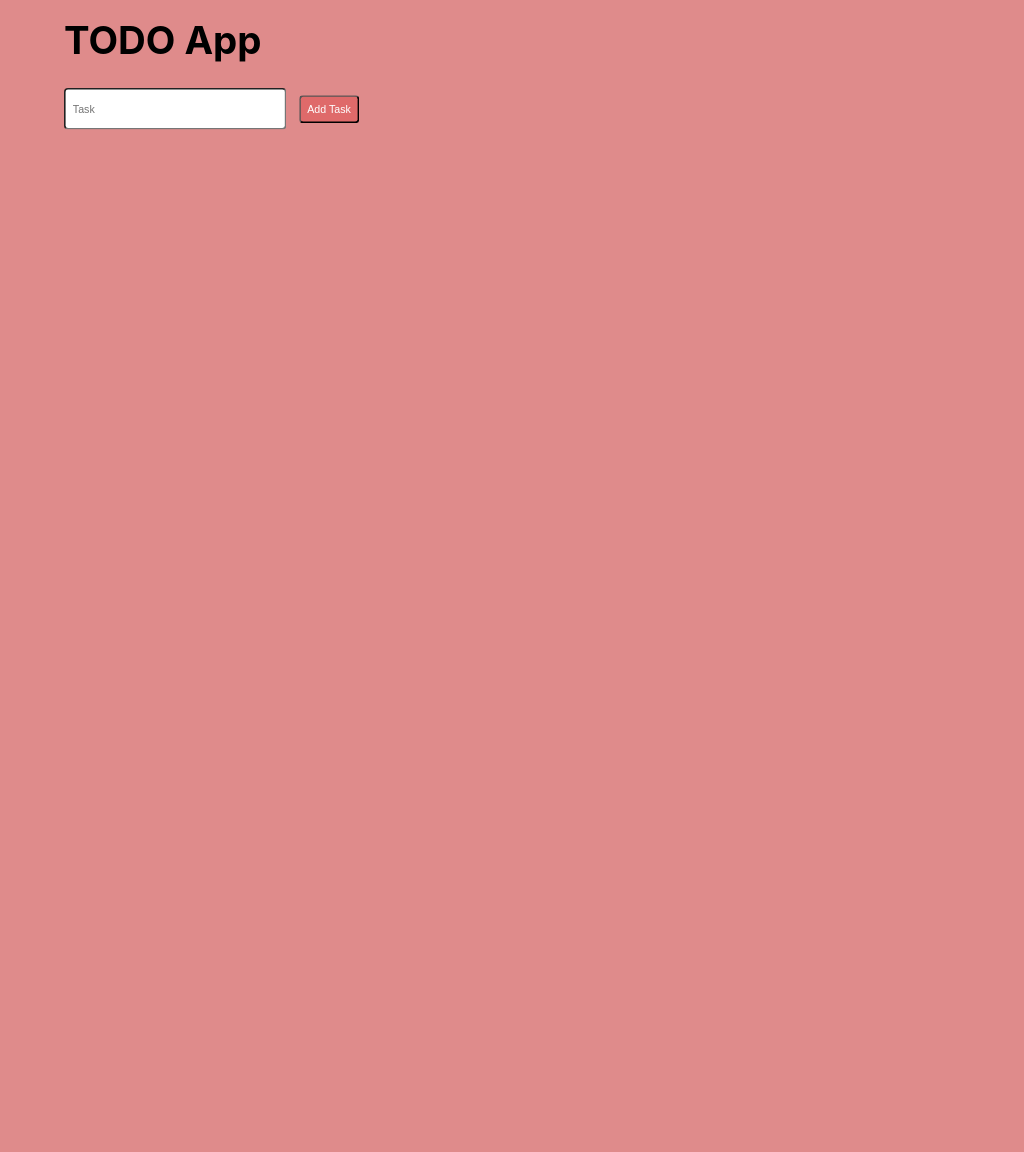
Repository: BhanuKaukuntla/TodoApp
Page: /
An editor plug-in stored every save of this project. The page is shown before and after a run of saves, followed by the edit.
The browser window is 1280 px wide. The pictures show the whole page, at 80% of full size.
The project was rebuilt for these pictures with package versions that can differ from the ones it lists, and the page was loaded fresh each time. Also part of the build but not shown: src/components/TodoItem/TodoItem.js.

Above is the page before, as saved 2021-12-04 09:56:32.

### src/index.js
import React from "react";
import ReactDOM from "react-dom";
import "./index.css";
import App from "./App";
import { Provider } from "react-redux";
import store from "./store";
import { PersistGate } from "redux-persist/integration/react";
import { persistor } from "./store";

ReactDOM.render(
  <React.StrictMode>
    <Provider store={store}>
      <PersistGate persistor={persistor}>
        <App />
      </PersistGate>
    </Provider>
  </React.StrictMode>,
  document.getElementById("root")
);

### src/index.css
*{
  margin: 0;
  padding: 0;
  /* font-family: "montserrat",sans-serif; */
  /* box-sizing: border-box; */
}

body {
  margin: 0;
  font-family: -apple-system, BlinkMacSystemFont, "Segoe UI", "Roboto", "Oxygen",
    "Ubuntu", "Cantarell", "Fira Sans", "Droid Sans", "Helvetica Neue",
    sans-serif;
  -webkit-font-smoothing: antialiased;
  -moz-osx-font-smoothing: grayscale;
}

/* code {
  font-family: source-code-pro, Menlo, Monaco, Consolas, "Courier New",
    monospace;
} */
.App {
  /* text-align: center; */
  height: 200vh;
  /* max-height: 100%; */
  /* background-color: #e77a7a; */
  background-color: #df8b8b;
  margin-top: 0%;
  /* position: fixed; */
  width: 100%;
}

.title{
  padding-top: 20px;
  margin-left: 5rem;
  font-size: xxx-large;
}

.todoInput{
  margin-top: 1rem;
  margin-left: 5rem;
  font-size: x-large;
  margin-bottom: 1rem;
  /* width: 5rem; */
}

.form{
  border-radius: 10px;
  font-size: large;
  padding: 15px;
  /* width: 9rem; */
  padding-left: 0;
}

.input{
  border-radius: 5px;
  /* font-size: large; */
  padding: 9px;
  width: 16rem;
  height: 1.9rem;
}

.inputButton{
  margin-left: 1rem;
  padding: 8px;
  border-radius: 5px;
  color: white;
  background-color: #df6a6a;
}

.todoList{
  /* align-items: center; */
  justify-content: space-between;
  display: flex;
  flex-direction: column;
  margin-bottom: 3rem;
}

.todoItem{
  /* padding: 5px;
  background-color: white;
  opacity: 0.8; */
  margin-right: 2rem;
  margin-left: 5rem;
  font-size: x-large;
  display: flex;
  align-items: center;
  justify-content: space-between;
  /* max-width: 20rem; */
  background-color: #ffffff;
  opacity: 0.5;
  margin-top: 1rem;
  border-radius: 5px;
  max-height: 3.4rem;
  /* max-width: 22.5rem; */
  padding: 2px;
  width: 21rem;
  height: 2.9rem;
  color: rgb(0, 0, 0);
  padding-left: 20px;
  font-weight: bold;
}

.editButton{
  /* margin-left: 1rem; */
  /* margin-right: 1px; */
  /* display: none; */
  /* border-radius: 1px; */
  display: inline-block;
  margin-left: auto;
  margin-right: 1rem;
  background-color: white;

}

.editTodo{
  /* align-items: center;
  margin-left: 1rem;
  margin-bottom: 0.5rem;
  margin-right: .5rem;
  padding: 3px; */
  padding: 9px;
  margin-left: 4rem;
  margin-right: auto;
}

.formItem{
  width: 10rem;
  padding: 11px;
  background-color: #fcd7d7;
}

.deleteButton{
  /* margin-left: 1rem; */
  margin-right: 8px;
  /* border-radius: 1px; */
  /* background-color: white;
  color: black; */
}

.icons{
  /* display: flex; */
  /* margin-left: 1rem; */
  /* justify-content: space-between; */
  display: flex-end;
}

### src/App.js
import AddTodo from "./components/AddTodo/AddTodo";
import TodoList from "./components/TodoList/TodoList";
import { useSelector } from "react-redux";
function App() {
  const taskobj = useSelector((state) => state.todos.data);
  return (
    <div className='App'>
      <h1 className="title">TODO App</h1>
      <AddTodo />
      <TodoList />
    </div>
  );
}

export default App;

### src/store.js
import { createStore } from "redux";
import rootReducer from "./reducers";
import { persistStore, persistReducer } from "redux-persist";
import storage from "redux-persist/lib/storage";

const persistConfig = {
  key: "root",
  storage,
};

const persistedReducer = persistReducer(persistConfig, rootReducer);

const store = createStore(
  persistedReducer,
  window.__REDUX_DEVTOOLS_EXTENSION__ && window.__REDUX_DEVTOOLS_EXTENSION__()
);

export const persistor = persistStore(store);

export default store;

### src/components/AddTodo/AddTodo.js
import React, { useState } from "react";
import { useDispatch } from "react-redux";
import { addTodo } from "../../actions";
import cuid from "cuid";

const AddTodo = () => {
  const [tasks, setTasks] = useState("");
  const dispatch = useDispatch();
  function handleInputChange(e) {
    setTasks(e.target.value);
    console.log(tasks);
  }
  function handleFormSubmit(e) {
    e.preventDefault();
    dispatch(addTodo({ task: tasks, id: cuid() }));
    e.target.userInput.value = "";
    console.log(tasks);
  }
  return (
    <div className="todoInput">
      <form className="form" onSubmit={handleFormSubmit}>
      <input
        className="input"
        placeholder="Task"
        type='text'
        name='userInput'
        onChange={(e) => handleInputChange(e)}
      />
      <button className="inputButton" type='submit'>Add Task</button>
     </form>
    </div>
  );
};

export default AddTodo;

### src/components/TodoList/TodoList.js
import React from "react";
import TodoItem from "../TodoItem/TodoItem";
import { useSelector } from "react-redux";

const TodoList = () => {
  const taskobj = useSelector((state) => state.todos.data);
  const taskItems = taskobj.map((task) => {
    return <TodoItem task={task} key={task.id} />;
  });

  return(
     <div className="todoList">
        {taskItems}
    </div>
    )
};

export default TodoList;

### src/reducers/index.js
import { combineReducers } from "redux";
import todos from "./todos";

const rootReducer = combineReducers({
  todos,
});
export default rootReducer;

### src/actions/index.js
import { ADD_TODO, DELETE_TODO, UPDATE_TODO } from "./types";

export const addTodo = (message) => ({
  type: ADD_TODO,
  message,
});

export const deleteTodo = (id) => ({
  type: DELETE_TODO,
  id,
});

export const updateTodo = ({ message, id }) => ({
  type: UPDATE_TODO,
  message,
  id,
});

### src/reducers/todos.js
const initialState = {
  data: [],
};

const todos = (state = initialState, action) => {
  switch (action.type) {
    case "ADD_TODO":
      return {
        ...state,
        data: [...state.data, action.message],
      };
    case "DELETE_TODO":
      return {
        ...state,
        data: [...state.data.filter((todo) => todo.id !== action.id)],
      };
    case "UPDATE_TODO":
      return {
        ...state,
        data: [
          ...state.data.filter((todo) => todo.id !== action.id),
          { task: action.message, id: action.id },
        ],
      };
    default:
      return state;
  }
};

export default todos;

### src/actions/types.js
export const ADD_TODO = "ADD_TODO";
export const DELETE_TODO = "DELETE_TODO";
export const UPDATE_TODO = "UPDATE_TODO";

Loaded but not shown: public/index.html (common file)

After the next 2 saves:
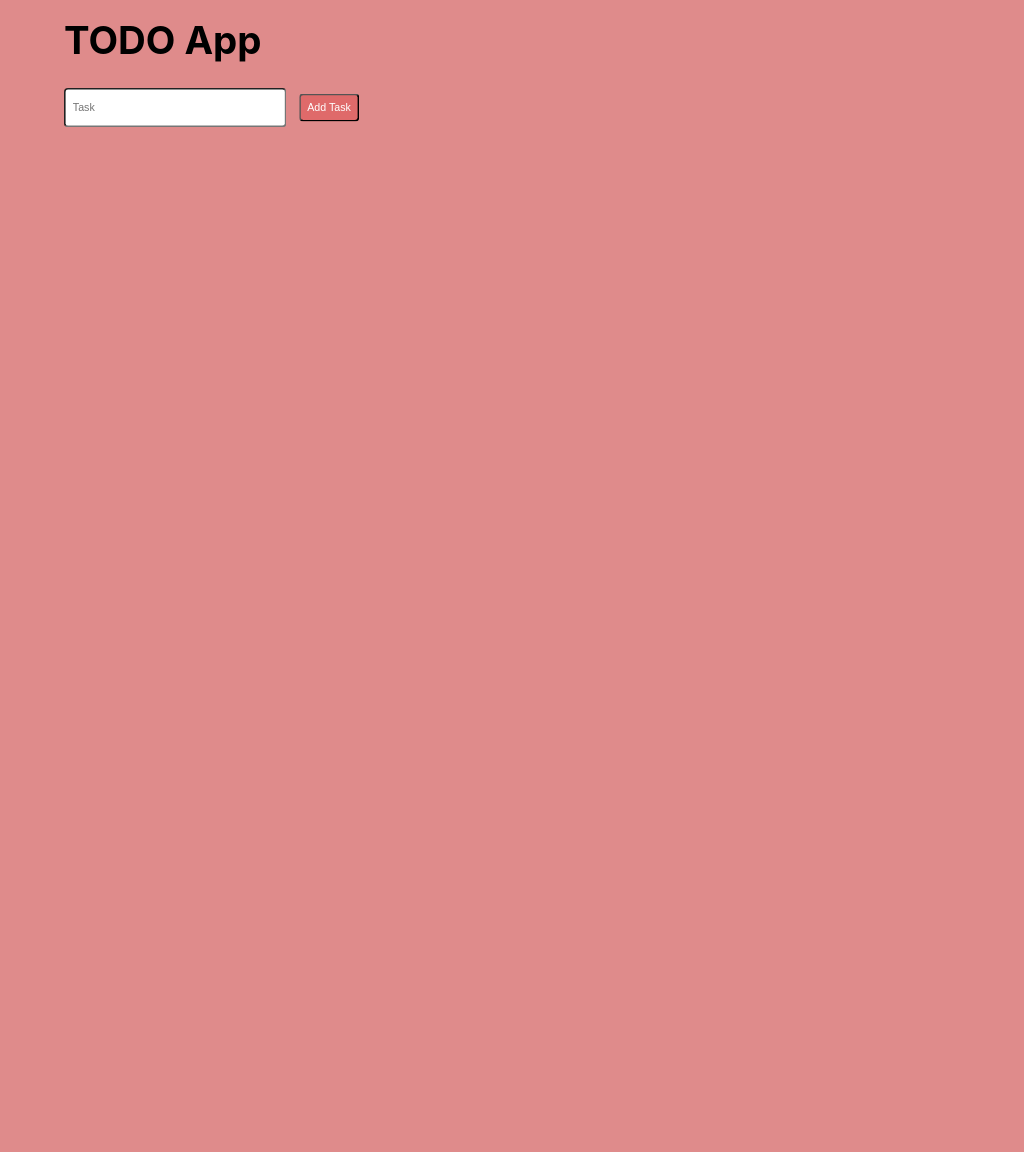
The 2 saves are shown as one change because they came seconds apart.
The last was saved 32 s later.
--- a/src/index.css
+++ b/src/index.css
@@ -56,7 +56,7 @@ body {
   /* font-size: large; */
   padding: 9px;
   width: 16rem;
-  height: 1.9rem;
+  height: 1.7rem;
 }
 
 .inputButton{
